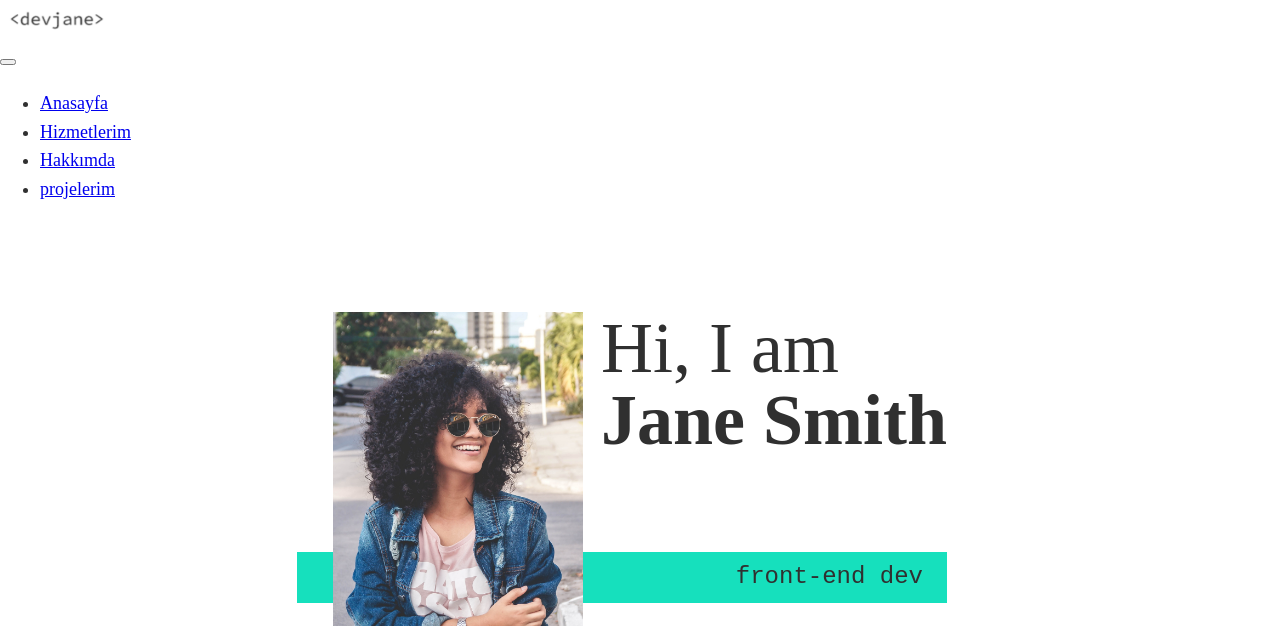
Repository: denizangin/portfolyo
Page: index.html
These files come from the project's save history. The page is drawn as it stood at one moment and after the next save; the edit follows.
The browser window is 1280 px wide. The pictures show the part of the page from y = 0 to 626 px (the page is 3957 px tall before and 3806 px after).
Pictures or frames that could not be fetched are drawn as grey boxes. A picture or video elsewhere on the page could not be fetched, so the positions and the page height are approximate.

Above is the page before, as saved 2024-08-06 04:07:56.

### index.html
<!DOCTYPE html>
<html lang="tr">

<head>
    <link rel="stylesheet" href="style.css">
    <meta charset="UTF-8">
    <meta name="viewport" content="width=device-width, initial-scale=1.0">
    <title> jane Smith Portfolyo</title>
    <link rel="stylesheet" href="https://cdnjs.cloudflare.com/ajax/libs/font-awesome/6.0.0/css/all.min.css">

</head>

<body>
    <style>
        @import url('https://fonts.googleapis.com/css2?family=Roboto+Condensed:ital,wght@0,100..900;1,100..900&family=Roboto:ital,wght@0,100;0,300;0,400;0,500;0,700;0,900;1,100;1,300;1,400;1,500;1,700;1,900&display=swap');
        </style>
    <header>
        <div class="logo">
            <img src="img/DEVJANE.png" alt="logo">
        </div>

        <button class="nav-toggle">
            <span class="hamburger"></span>
        </button>

        <nav class="nav">
            <ul class="nav__list">
                <li class="nav__item">
                    <a href="#home" class="nav__link">Anasayfa</a>
                </li>
                <li class="nav__item">
                    <a href="#services" class="nav__link">Hizmetlerim</a>
                </li>
                <li class="nav__item">
                    <a href="#about" class="nav__link">Hakkımda</a>
                </li>
                <li class="nav__item">
                    <a href="#work" class="nav__link">projelerim</a>
                </li>
            </ul>
        </nav>


    </header>

    <!-- Introduction-->
    <section class="intro" id="home">
        <h1 class="section__title section__title--intro"> Hi, I am <strong> Jane Smith </strong> </h1>
        <P class="section__subtitle section__subtitle--intro"> front-end dev</P>
        <img class="intro__img" src="img/component (3).png" alt="jane smith gülümsediği foto">
    </section>

    <!--My Services-->
    <section class="my-services" id="services">
        <h2 class="section__title section__title--services"> Hizmetlerim</h2>
        <div class="services">
            <div class="service">
                <h3> Design+Developer</h3>
                <p> Lorem ipsum dolor sit amet, consectetur adipiscing elit, sed do eiusmod tempor incididunt ut labore
                    et dolore magna aliqua. Ut enim ad minim veniam, quis nostrud exercitation ullamco laboris nisi ut
                    aliquip ex ea commodo consequat.</p>
            </div>

            <div class="service ">
                <h3>E-Ticaret</h3>
                <p>Lorem ipsum dolor sit amet, consectetur adipiscing elit, sed do eiusmod tempor incididunt ut labore
                    et dolore magna aliqua. Ut enim ad minim veniam, quis nostrud exercitation ullamco laboris nisi ut
                    aliquip ex ea commodo consequat.</p>
            </div>

            <div class="service ">
                <h3>Wordpress</h3>
                <p>Lorem ipsum dolor sit amet, consectetur adipiscing elit, sed do eiusmod tempor incididunt ut labore
                    et dolore magna aliqua. Ut enim ad minim veniam, quis nostrud exercitation ullamco laboris nisi ut
                    aliquip ex ea commodo consequat.</p>
            </div>
        </div>

        <a href="#work" class="btn">projelerim </a>

    </section>

    <!--About Me-->
    <section class="about_me" id="about">
        <h2 class="section__title section __title--about"> Who I am</h2>
        <P class="section __subtitle section__subtitle--about">Designer& Front-End Developer</P>

        <div class="about-me__body">

            <p> Lorem ipsum dolor sit amet, consectetur adipiscing elit, sed do eiusmod tempor incididunt ut labore et
                dolore magna aliqua. Ut enim ad minim veniam, quis nostrud exercitation ullamco laboris nisi ut aliquip
                ex ea commodo consequat.</p>
            <p>Lorem ipsum dolor sit amet, consectetur adipiscing elit, sed do eiusmod tempor incididunt ut labore et
                dolore magna aliqua. Ut enim ad minim veniam, quis nostrud exercitation ullamco laboris nisi ut aliquip
                ex ea commodo consequat.</p>
        </div>

        <img src="img/component.png" alt="jane ayakta fotosu" class="about-me__img">
    </section>

    <!--My Work-->
     <section class="my-work" id="work">
        <h2 class= "section__title"> projelerim </h2>
        <p class="section__subtitle"> Bazı yaptığım projeler</p>

        <div class="portfolio">
            <a href="#" class="portfolio-item">
                <img src="img/component (15).png" alt="" class="portfolio__item">
            </a>
            <a href="#" class="portfolio-item">
                <img src="img/component (5).png" alt="" class="portfolio__item">
            </a>
            <a href="#" class="portfolio-item">
                <img src="img/component (6).png" alt="" class="portfolio__item">
            </a>
            <a href="#" class="portfolio-item">
                <img src="img/component (7).png" alt="" class="portfolio__item">
            </a>
            <a href="#" class="portfolio-item">
                <img src="img/component (8).png" alt="" class="portfolio__item">
            </a>
            <a href="#" class="portfolio-item">
                <img src="img/component (9).png" alt="" class="portfolio__item">
            </a>
            <a href="#" class="portfolio-item">
                <img src="img/component (10).png" alt="" class="portfolio__item">
            </a>
            <a href="#" class="portfolio-item">
                <img src="img/component (11).png" alt="" class="portfolio__item">
            </a>
            <a href="#" class="portfolio-item">
                <img src="img/component (12).png" alt="" class="portfolio__item">
            </a>
            <a href="#" class="portfolio-item">
                <img src="img/component (13).png" alt="" class="portfolio__item">
            </a>

        </div>


     </section>

     <!--FOOTER-->

     <footer class="footer">
        <a href="mailto:jane.gmail.com" class="footer__link">jane.gmail.com</a>
        <ul class="socail list">
            <li class="social-list__item">
                <a class="social-list__link"> <i class="fa-solid fa-code-fork" style="color: hsl(342, 100%, 62%);"></i></a>
            </li>
            <li class="social-list__item">
                <a class="social-list__link"> <i class="fa-brands fa-github" style="color: hsl(342, 100%, 62%);"></i></a>
            </li>
            <li class="social-list__item">
                <a class="social-list__link"> <i class="fa-brands fa-linkedin" style="color:hsl(342, 100%, 62%)"></i></a>
            </li>

        </ul>
     </footer>




</body>

</html>

### style.css
*,
*::before,
*::after {
    box-sizing: border-box;
}
/*değişkenler*/
:root {
    --ff-primary: "Source Sans Pro", sans-serif;
    --ff-secondary: "Source Code Pro", monospace;

    --fw-reg: 300;
    --fw-bold: 900;

    --clr-light: #fff;
    --clr-dark: #303030;
    --clr-accent: #16e0bd;

    --fs-h1: 3rem;
    --fs-h2: 2.25rem;
    --fs-h3: 1.25rem;
    --fs-body: 1rem;

    --bs: 0.25 0.25 0.75 rgba(0,0,0,0.25),
    0.125em 0.125em 0.125em rgba(0,0,0,0.15)
}
    @media(min-width:800px) {

        :root {
            --fs-h1: 4.5rem;
            --fs-h2: 3.75rem;
            --fs-h3: 1.5rem;
            --fs-body: 1.125rem;

        }


    }


/* Genel stiller*/

body {
    background: var(--clr-light);
    color: var(--clr-dark);
    margin: 0;
    font-family: var(--ff-primary) font-size var(--fs-body);
    font-size: var(--fs-body);
    line-height: 1.6;
}
section{
    padding: 5em 2em;
}

img {
    display: block;
    max-width: 100%;
}

strong {
    font-weight: var(--fw-bold);
}

/*Butonlar*/
.btn{

    display:inline-block;
    padding:.5em 2.5em;
    background: var(--clr-accent);
    color: var(--clr-dark);
    text-decoration:none;
    cursor:pointer;
    font-size: .8rem;
    text-transform:uppercase;
    letter-spacing: 2px;
    font-weight: var(--fw-bold);
    transition: transform 200ms ease-in-out;

}

.btn:hover{
    transform: scale(1.1);
}
/*typography*/
h1,
h2,
h3 {
    line-height: 1;
    margin: 0;
}
h1 {
    font-size: var(--fs-h1);
}
h2 {
    font-size: var(--fs-h2);
}
h3 {
    font-size: var(--fs-h3);
}
.section__title {
    margin-bottom: 0.25em;
}
.section__title--intro {
font-weight: var(--fw-reg);
}
.section__title--intro strong {
    display: block;
}
.section__subtitle {
    font-size: var(--fs-h3);
    margin: 0;
}
.section__subtitle--intro,
.section__subtitle--about {
    background: var(--clr-accent);
    font-family: var(--ff-secondary);
    margin-bottom: 1em;
    padding: 0.25em 1em;
}
/* intro section*/
.intro {
  position:relative;

}
.section__subtitle--intro {
    display: inline-block;
}
@media(min-width: 600px) {
    .intro {

        display: grid;
        width: min-content;
        margin: 0 auto;
        gap: 1em;
        grid-template-areas:
        "img title"
        "img subtitle";
        grid-template-columns: min-content max-content;
    }

    .intro__img{

        grid-area: img;
        min-width: 250px;
        position:relative;
        z-index:2;
    }
    .section__subtitle--intro{
        align-self: start;
        grid-column: -1 / 1;
        grid-row: 2;
        text-align: right;
        position:relative;
        left:-1.5em;
        width:calc(100% + 1.5em);
    }
}

/* My services section*/

.my-services{

    background-color: var(--clr-dark);
    background-image: url(img/component\ \(10\).png);
    background-blend-mode: overlay;
    background-size: cover;
    color: var(--clr-light);
    text-align: center ;

}

.section__title--section::after{
    content: '';
    display: block;
    width:2em;
    height:1px;
    margin:0.5em auto 1em;
    background:var(--clr-light);

}

.my-services{

    background-color:url(img/component\ \(15\).png);
    background-size: cover;
    background-blend-mode: overlay;
    color:var(--clr-light);
    text-align:center;

}
.section__title--services{
color: var(--clr-accent);
position:relative;

}
.section__title--services::after{
    content: '';
    display:block;
    width:2em;
    height:1px;
    margin:0.5em auto 1em;
    background: var(--clr-light);
    opacity:0.25;

}
.services{
    margin-bottom: 4em;
}
.service{

    max-width:500px;
    margin:0 auto;
}

@media (min-width:800px){
    .services{
        display:flex;
        max-width:1000px;
        margin:0 auto;
        gap:20px;

    }

    .service+ .service{
        margin-left:2em;
    }
}

/* about me section*/

.about-me{
    max-width:1000px;
    margin:0 auto;
}

.about-me__ing{
    box-shadow: var(--bs);
}
@media (min-width:600px){
    .about-me{
        display:grid;
        grid-template-columns: 1fr 200px;
        grid-template-areas:
        "title img"
        "subtitle img"
        "text img";
         grid-column-gap:2em;

    }
    .section__title--about{
     grid-area: title;

    }
    .section__subtitle--about{
        grid-column: 1/-1;
        grid-row:2;
        position:relative;
        left:1em;
        width: calc(100%+2em);
        padding-left:1em;
        padding-right:calc(200px+4em);

    }
    .about-me__img{
        grid-area: img;
        position: relative;
        z-index:2
    }
}

/*my work section*/

.my-work{
    background-color: var(--clr-dark);
    color: var(--clr-light);
    text-align:center;

}

.portfolio{
    display:grid;
    gap:1em;
    grid-template-columns:repeat(auto-fit, minmax(300px, 1fr) );
    max-width: 1000px;
    margin:0 auto;
}

.portfolio__item{
    background: var(--clr-accent);
    overflow:hidden;
}

.portfolio__img{
    transition: transform 750ms cubic-bezier(-5,0,-5,1)
    opacity 250ms linear;

}

.portfolio__item:focus{
    position:relative;
    z-index:2;

}
.portfolio__img:hover,
.portfolio__item:focus .portfolio__img{
    transform: scale(1.2);
    opacity:.5;
}

   /* footer*/
   .footer{

    background:#111;
    color: var(--clr-accent);
    text-align: center;
    padding:2.5em 0;
    font-size:var(--fs-h3);

   }

   .footer a{

    color:inherit;
    text-decoration: none;

   }
   .footer__link{
    font-weight: var(--fw-bold)

   }

   .footer__link:hover,
   .social-list__link:hover{
    opacity: .7;
   }
   .footer__link:hover{
    text-decoration: underline;

   }

   .social-list{
    list-style-type: none;
    display:flex;
    justify-content: center;
    margin:2em 0 0;
    padding:0;

   }

   .social-list__item{
    margin:0 .5em;

   }

   .social-list__link{
    padding: .5em;
   }

After the next save:
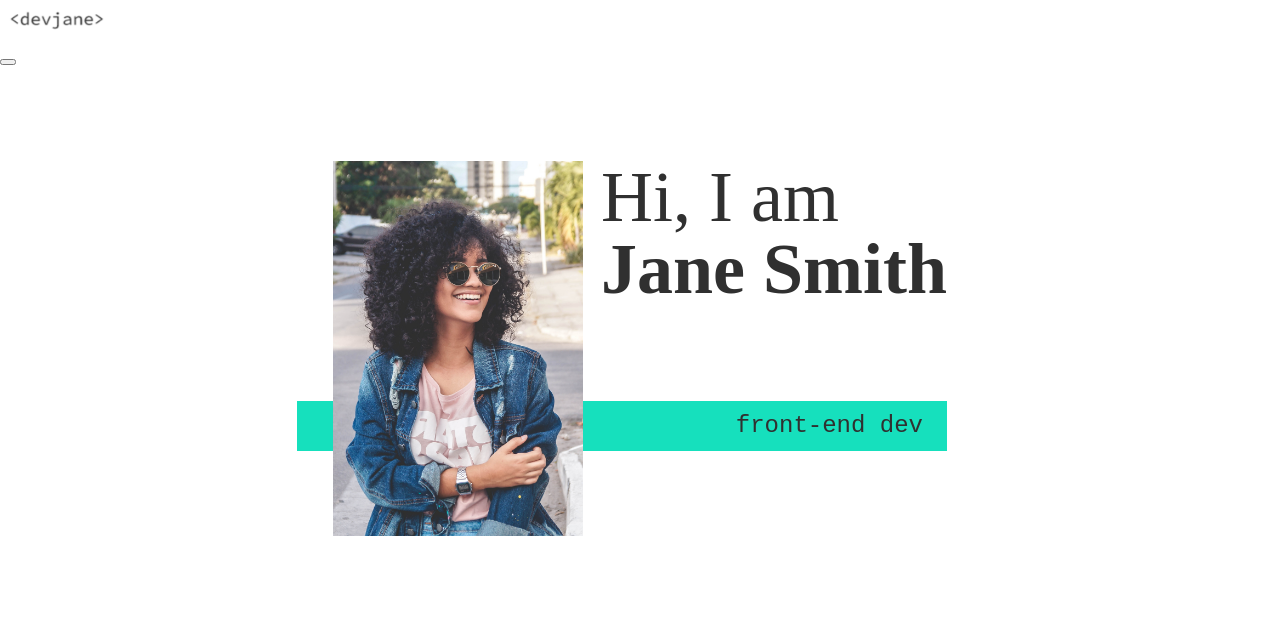
Saved 49 s later.
--- a/index.html
+++ b/index.html
@@ -23,22 +23,6 @@
             <span class="hamburger"></span>
         </button>
 
-        <nav class="nav">
-            <ul class="nav__list">
-                <li class="nav__item">
-                    <a href="#home" class="nav__link">Anasayfa</a>
-                </li>
-                <li class="nav__item">
-                    <a href="#services" class="nav__link">Hizmetlerim</a>
-                </li>
-                <li class="nav__item">
-                    <a href="#about" class="nav__link">Hakkımda</a>
-                </li>
-                <li class="nav__item">
-                    <a href="#work" class="nav__link">projelerim</a>
-                </li>
-            </ul>
-        </nav>
 
 
     </header>

After the 4 saves that followed:
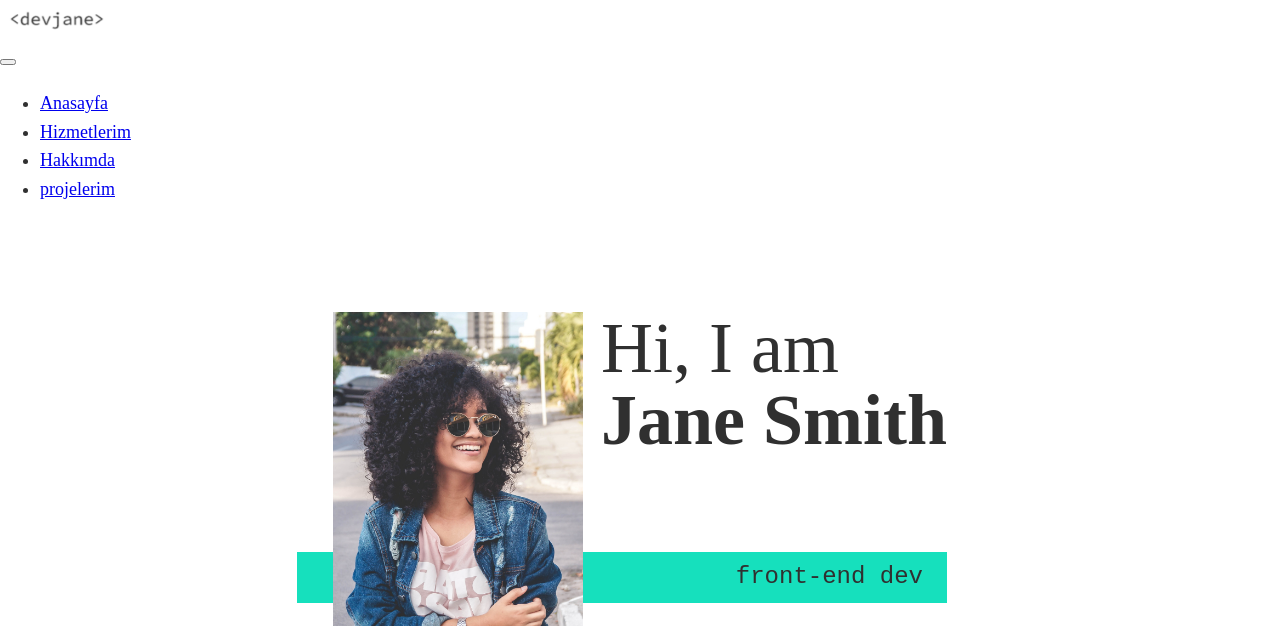
The 4 saves are shown as one change because 3 left the picture as it was.
The last was saved 21 s later.
--- a/index.html
+++ b/index.html
@@ -23,6 +23,22 @@
             <span class="hamburger"></span>
         </button>
 
+        <nav class="nav">
+            <ul class="nav__list">
+                <li class="nav__item">
+                    <a href="#home" class="nav__link">Anasayfa</a>
+                </li>
+                <li class="nav__item">
+                    <a href="#services" class="nav__link">Hizmetlerim</a>
+                </li>
+                <li class="nav__item">
+                    <a href="#about" class="nav__link">Hakkımda</a>
+                </li>
+                <li class="nav__item">
+                    <a href="#work" class="nav__link">projelerim</a>
+                </li>
+            </ul>
+        </nav>
 
 
     </header>
